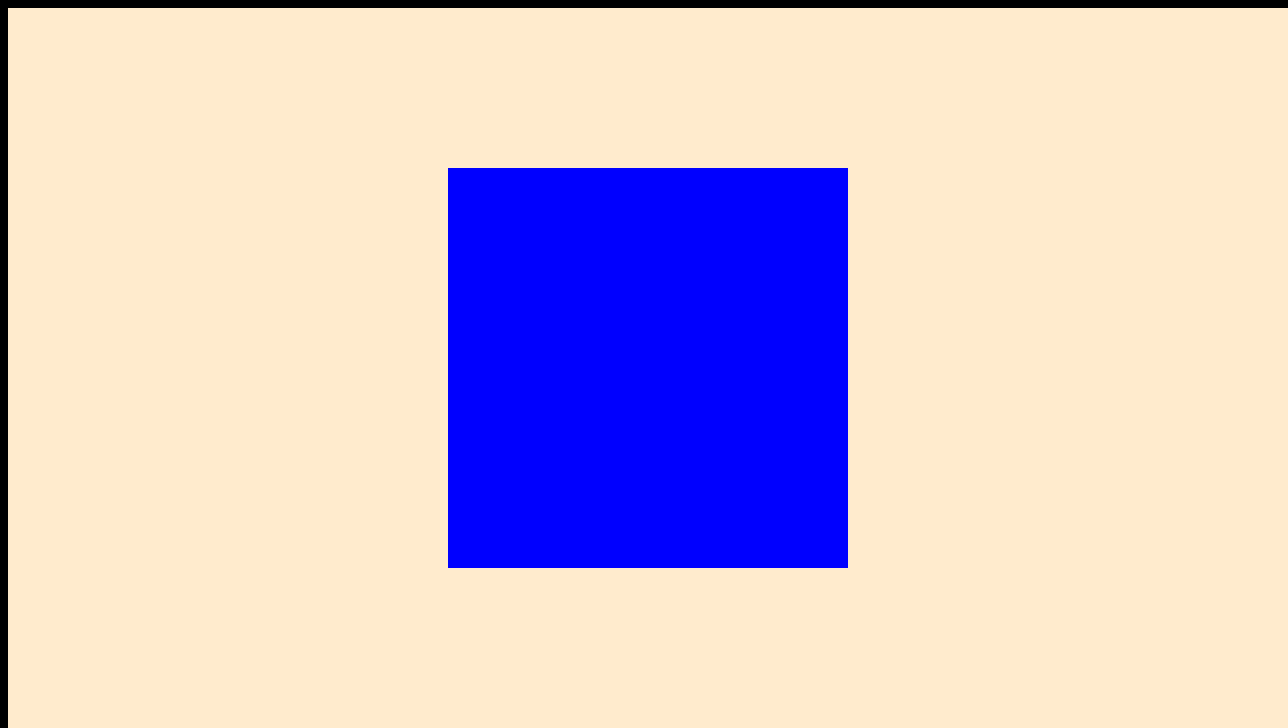
Repository: DorivalJunior14/Projeto-social
Page: index.html
An editor plug-in stored every save of this project. The page is shown before and after the next save, followed by the edit.
The browser window is 1280 px wide. The page is 1288 px wide, so the pictures cover 1288 px, including what lies to the right of the window. The pictures show the whole page.

Above is the page before, as saved 2022-06-24 12:32:17.

### index.html
<!DOCTYPE html>
<html lang="pt-br">
<head>
    <meta charset="UTF-8">
    <meta http-equiv="X-UA-Compatible" content="IE=edge">
    <meta name="viewport" content="width=device-width, initial-scale=1.0">
    <link rel="shortcut icon" href="favicon.ico" type="image/x-icon">
    <link rel="stylesheet" href="estilos/style.css">
    <title>Projeto redes sociais</title>

</head>
<body>
  <main>
    <section id="telefone">
    </section>
    <section id="redes-sociais">
    </section>
  </main>
</body>
</html>

### estilos/style.css
@charset "UTF-8"

*{
    margin: 0px;
    padding: 0px;
    font-family: Arial, Helvetica, sans-serif;
}

html, body {
    height: 100vh;
    width: 100vw;
    background-color: black;

}

main {
    position: relative;
    height: 100vh;
    background-color: blanchedalmond;
}

section#telefone {
    position: absolute;
    top: 50%;
    left: 50%;
    transform: translate(-50%,-50%);
    height: 400px;
    width: 400px;
    background-color: blue;
    background-color: url(".../imagens/frame-iphone.png") no-repeat;
    transform: translate(-50%,-50%);


}

After the next save:
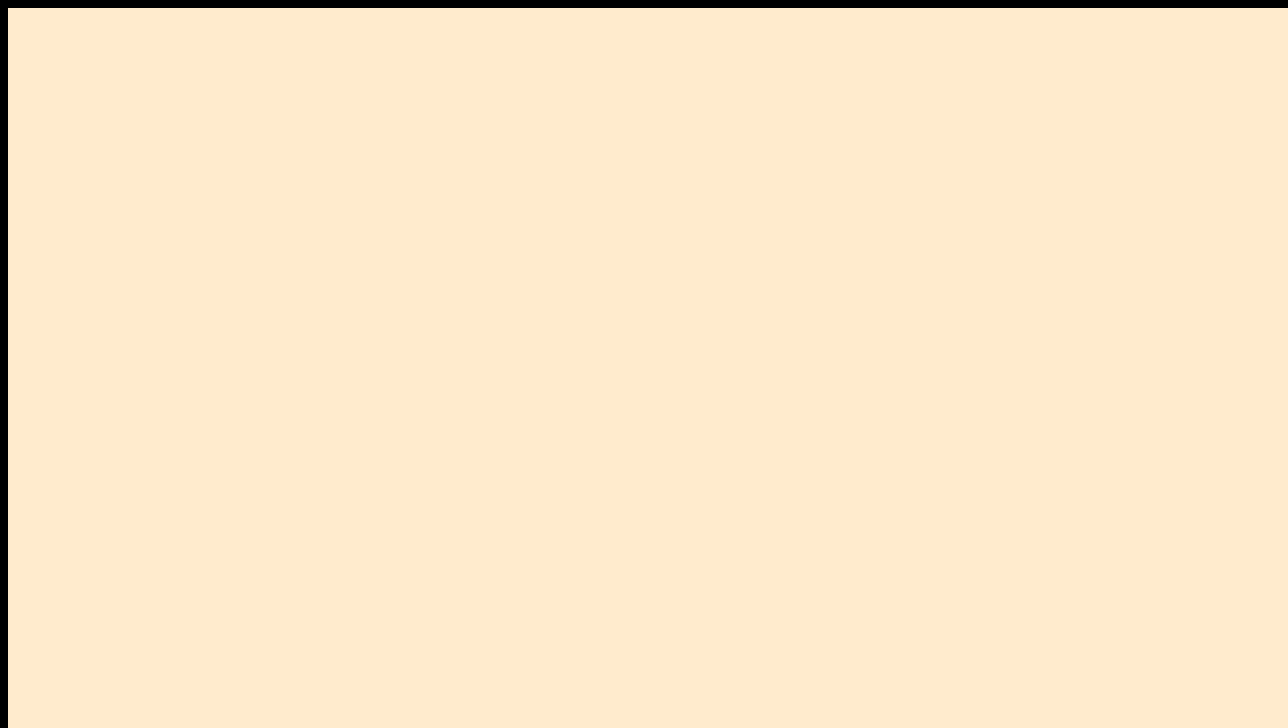
Not found: estilos/.../imagens/frame-iphone.png
Saved 61 s later.
--- a/estilos/style.css
+++ b/estilos/style.css
@@ -27,7 +27,7 @@ section#telefone {
     height: 400px;
     width: 400px;
     background-color: blue;
-    background-color: url(".../imagens/frame-iphone.png") no-repeat;
+    background: url(".../imagens/frame-iphone.png") no-repeat;
     transform: translate(-50%,-50%);
 
 

After the 3 saves that followed:
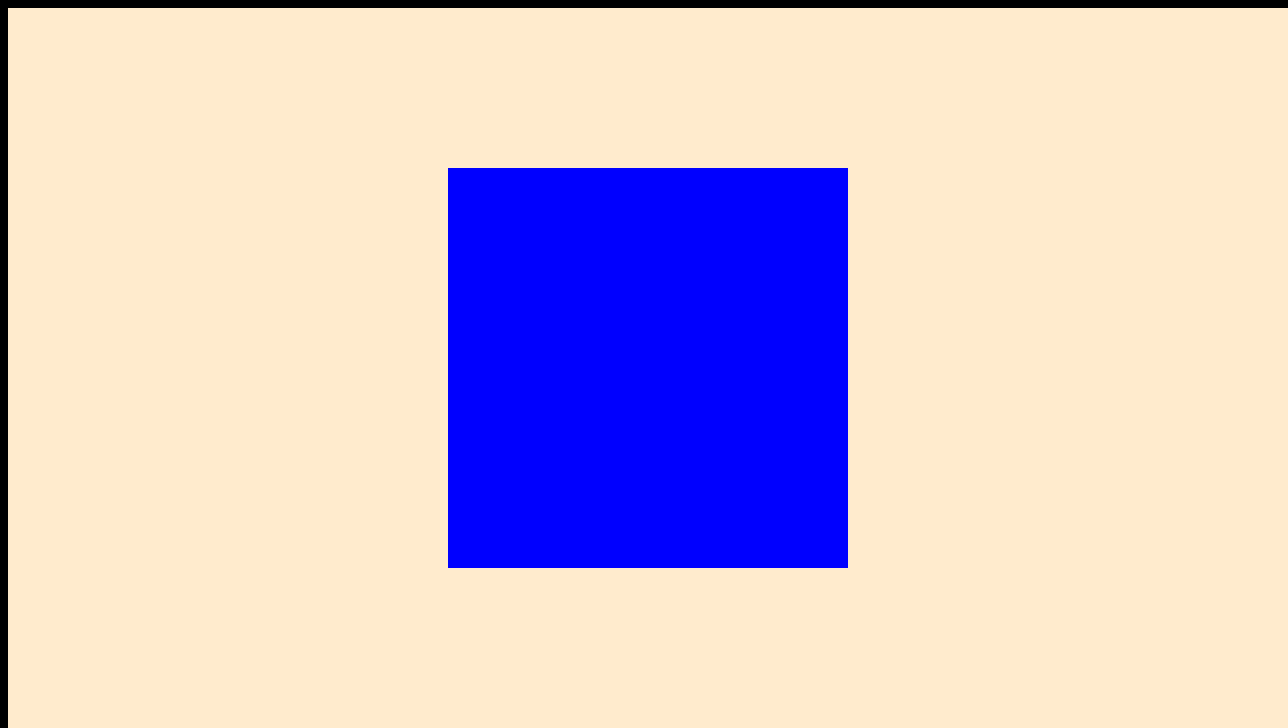
The 3 saves are shown as one change because 2 left the picture as it was.
The last was saved 95 s later.
--- a/estilos/style.css
+++ b/estilos/style.css
@@ -27,7 +27,7 @@ section#telefone {
     height: 400px;
     width: 400px;
     background-color: blue;
-    background: url(".../imagens/frame-iphone.png") no-repeat;
+    background: url(".../"imagens/frame-iphone.png") no-repeat;
     transform: translate(-50%,-50%);
 
 
